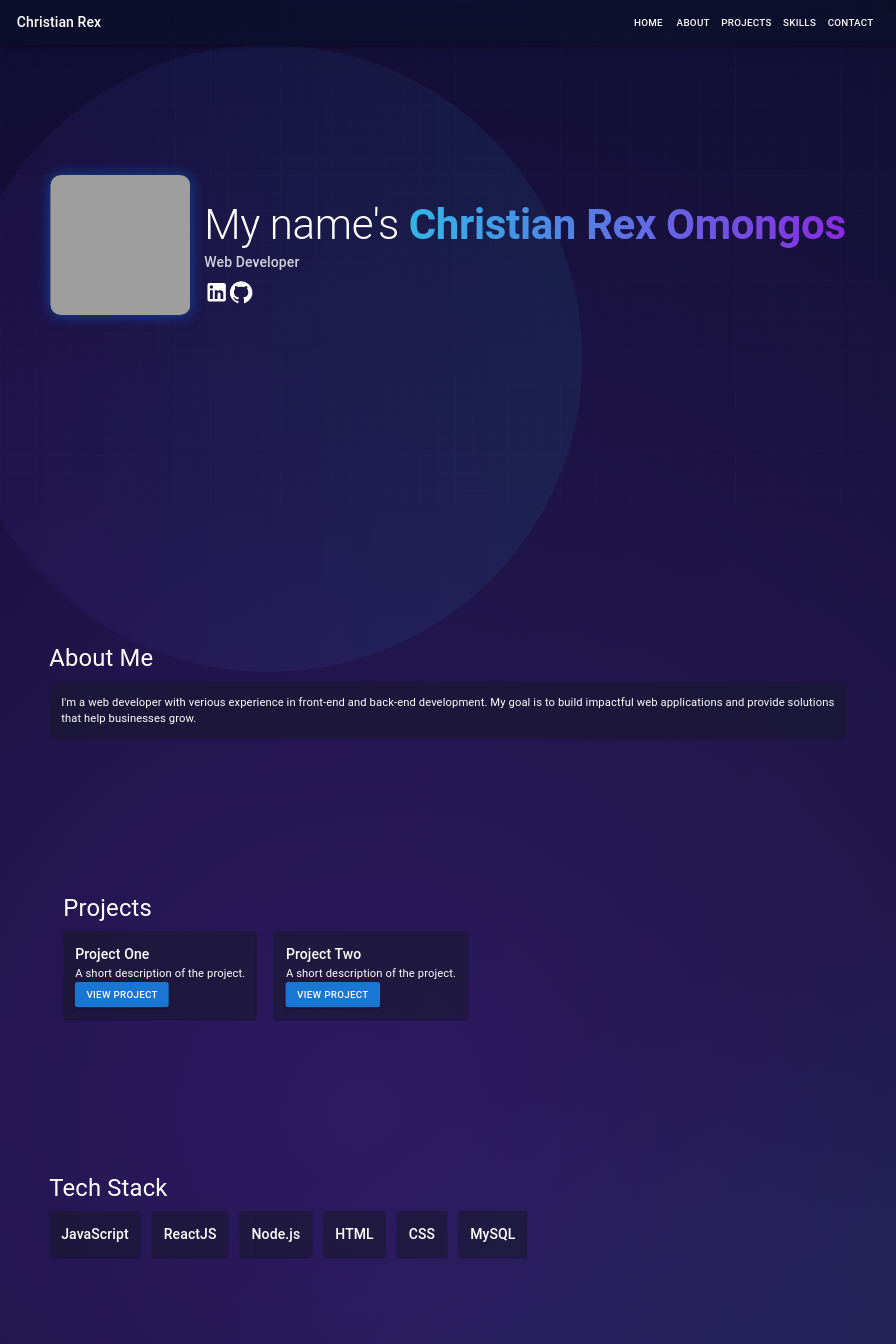
Repository: mikeshadowcoder/myWeb
Page: /
An editor plug-in stored every save of this project. The page is shown before and after the next save, followed by the edit.
The browser window is 1280 px wide. The pictures show the part of the page from y = 0 to 1920 px (the page is 2643 px tall), at 70% of full size.
Pictures or frames that could not be fetched are drawn as grey boxes. The project was rebuilt for these pictures with package versions that can differ from the ones it lists, and the page was loaded fresh each time.

Above is the page before, as saved 2026-01-21 16:24:47.

### src/index.js
import React from 'react';
import ReactDOM from 'react-dom/client';
import './index.css';
import App from './App';
import 'bootstrap/dist/css/bootstrap.min.css';
import "./styles/global.css";

const root = ReactDOM.createRoot(document.getElementById('root'));
root.render(
  <React.StrictMode>
    <App />
  </React.StrictMode>
);

### src/App.js
import React, {useRef} from 'react';
//import { BrowserRouter as Router, Route, Routes } from 'react-router-dom';
import Header from './components/Header';
import Home from './components/Home';
import AboutMe from './components/AboutMe';
import Content from './components/Content';
import Skills from './components/Skills';
import Contact from './components/Contact';
import Footer from './components/Footer';
import Box from '@mui/material/Box';
import BackgroundShapes from './components/BackgroundShapes'


const App = () => {
  const homeRef = useRef(null);
  const aboutRef = useRef(null);
  const contentRef = useRef(null);
  const skillsRef = useRef(null);
  const contactRef = useRef(null);

  // Function to handle smooth scrolling
  const scrollToSection = (ref) => {
    const headerOffset = 200; // Adjust based on your AppBar height (default MUI AppBar is ~64px)
    const elementPosition = ref.current.getBoundingClientRect().top + window.scrollY;
    const offsetPosition = elementPosition - headerOffset;

    window.scrollTo({
      top: offsetPosition,
      behavior: "smooth",
    });
  };


  return (
    <div>
      {/* Pass the scroll function to Header for navigation */}
      <BackgroundShapes/>
      <Header
        onScrollToSection={{
          home: () => scrollToSection(homeRef),
          about: () => scrollToSection(aboutRef),
          content: () => scrollToSection(contentRef),
          skills: () => scrollToSection(skillsRef),
          contact: () => scrollToSection(contactRef),
        }}
      />
      <Box sx={{
        maxWidth: "89%",
        margin: "auto",
        // border: "2px solid red"
      }}>
       {/* Sections with attached refs */}
      <section ref={homeRef}>
        <Home />
      </section>

       <section ref={aboutRef}>
        <AboutMe />
      </section>

      <section ref={contentRef}>
        <Content />
      </section>

      <section ref={skillsRef}>
        <Skills />
      </section>

      <section ref={contactRef}>
        <Contact />
      </section>
      </Box>
      <section>
        <Footer/>
      </section>
    </div>
  );
};

export default App;

### src/styles/global.css
body {
    background:
    radial-gradient(circle at 20% 30%, #7c3aed55, transparent 60%),
    radial-gradient(circle at 80% 70%, #22d3ee55, transparent 60%),
    linear-gradient(120deg, #020617, #0f172a);
  background-size: 200% 200%;
  animation: bgMove 30s ease infinite;
    color: white;
    margin: 0;
    padding: 0;
    font-family: 'Arial', sans-serif;
  }

  @keyframes gradientShift {
  0%   { background-position: 0% 0%; }
  100% { background-position: 100% 100%; }
}

.gradient-text {
  background: linear-gradient(90deg, rgb(50, 182, 230), rgb(138, 43, 226)); /* Customize here */
  -webkit-background-clip: text;
  background-clip: text;
  -webkit-text-fill-color: transparent;
  color: transparent;
}

### src/components/Header.js
import React from 'react';
import { AppBar, Toolbar, Typography, Button } from '@mui/material';
import "../styles/header.css";
//import { Link } from 'react-router-dom';

const Header = ({onScrollToSection}) => {
  return (
    <AppBar className="header">
      <Toolbar>
        <Typography variant="h6" sx={{flexGrow:1}}>
          Christian Rex
        </Typography>
        <Button color="inherit" onClick={onScrollToSection.home}>Home</Button>
        <Button color="inherit" onClick={onScrollToSection.about}>About</Button>
        <Button color="inherit" onClick={onScrollToSection.content}>Projects</Button>
        <Button color="inherit" onClick={onScrollToSection.skills}>Skills</Button>
        <Button color="inherit" onClick={onScrollToSection.contact}>Contact</Button>
      </Toolbar>
    </AppBar>
  )
};

export default Header;

### src/components/Home.js
import React from "react";
import { Box, Typography, Button } from "@mui/material";
import LinkedInIcon from "@mui/icons-material/LinkedIn";
import GitHubIcon from "@mui/icons-material/GitHub";
// import FacebookIcon from "@mui/icons-material/Facebook";
import profilePic from "../assets/images/profilePic.jpg";

const Home = () => {
  return (
    <Box
      sx={{
        display: "flex",
        alignItems: "center",
        justifyContent: "center",
        minHeight: "100vh",
        color: "white",
        width: "100%",
        textAlign: "center",
      }}
    >
      <Box
        sx={{
          display: "flex",
          alignItems: "center",
          gap: "20px", // Space between image and text
          flexWrap: "wrap", // Ensures responsiveness
        }}
      >
      {/* Profile Image */}
      <Box
        component="img"
        src={profilePic} //Profile Picture
        alt="Profile"
        sx={{
          width: "200px",
          height: "200px",
          borderRadius: "15px",
          boxShadow: "0 0 20px rgba(0, 123, 255, 0.5)",
          marginBottom: "20px",
          objectFit: "cover"
        }}
      />

      {/* Text Section */}
      <Box sx={{ textAlign: "left"}}>
        <Typography variant="h2">
          My name's {" "}
          <Typography variant="h2" component="span" className="gradient-text" sx={{ fontWeight: "bold" }}>Christian Rex Omongos</Typography>
        </Typography>

        <Typography variant="h6" sx={{ marginBottom: "10px", opacity: 0.8 }}>
          Web Developer
        </Typography>

        {/* Social Media Icons */}
        <Box sx={{ display: "flex",}}>
          <Button href="https://linkedin.com/in/christianrex/" target="_blank" sx={{ color: "white", minWidth: 0, padding: 0 }}>
            <LinkedInIcon fontSize="large" />
          </Button>
          <Button href="https://github.com/mikeshadowcoder" target="_blank" sx={{ color: "white", minWidth: 0, padding: 0 }}>
            <GitHubIcon fontSize="large" />
          </Button>
        </Box>
      </Box>
    </Box>
  </Box>
  );
};

export default Home;

### src/components/AboutMe.js
import React from 'react';
import { Typography, Box } from '@mui/material';
import "../styles/boxStyling.css"

const AboutMe = () => {

  return (
    <Box sx={{ mt: 25, mb: 25, width: "100%" }}>
        <Typography variant="h4" gutterBottom>About Me</Typography>
      <Box className="box-container">
          <Typography>
            I'm a web developer with verious experience in front-end and back-end development.
            My goal is to build impactful web applications and provide solutions that
            help businesses grow.
          </Typography>
      </Box>
    </Box>
  );
};

export default AboutMe;

### src/components/Content.js
import React from 'react';
import { Grid2, Paper, Typography, Button, Box } from '@mui/material';
// import MacWindowHeader from './UI/MacWindowHeader';
import "../styles/boxStyling.css";

const Content = () => {
  const projects = [
    {
      title: 'Project One',
      description: 'A short description of the project.',
      link: 'https://github.com/your-repo/project-one',
    },
    {
      title: 'Project Two',
      description: 'A short description of the project.',
      link: 'https://github.com/your-repo/project-two',
    },
    // Add more projects here
  ];

  return (
  <Box>
    {/* <MacWindowHeader/> */}
    <Box sx={{ padding: "20px"}}>

        <Typography variant="h4" gutterBottom>Projects</Typography>
        <Grid2 container spacing={3}>
          {projects.map((project, index) => (
            <Grid2 item xs={12} sm={6} key={index}>
              <Paper className='box-container' sx={{ padding: 2, bgcolor: 'rgba(26, 26, 46, 0.6)', color: 'rgba(255, 255, 255, 1)'}}>
                <Typography variant="h6">{project.title}</Typography>
                <Typography>{project.description}</Typography>
                <Button variant="contained" href={project.link} target="_blank">
                  View Project
                </Button>
              </Paper>
            </Grid2>
          ))}
        </Grid2>

    </Box>
  </Box>
  );
};

export default Content;

### src/components/Skills.js
import React from 'react';
import { Grid2, Paper, Typography, Box } from '@mui/material';
import "../styles/boxStyling.css"

const Skills = () => {
  const skills = ['JavaScript', 'ReactJS', 'Node.js', 'HTML', 'CSS', 'MySQL'];

  return (
    <Box sx={{ mt: 25, width: "100%", }}>
      <Typography variant="h4" gutterBottom >Tech Stack</Typography>
      <Box> {/* REDUNDANT might remove later*/}
      <Grid2 container spacing={2} >
        {skills.map((skill, index) => (
          <Grid2 item xs={12} sm={6} md={4} key={index}>
            <Paper className="box-container" sx={{ padding: 2, textAlign: 'center', bgcolor: 'rgba(26, 26, 46, 0.6)', color: 'rgba(255, 255, 255, 1)' }}>
              <Typography variant="h6">{skill}</Typography>
            </Paper>
          </Grid2>
        ))}
      </Grid2>
      </Box>

    </Box>
  );
};

export default Skills;

### src/components/Contact.js
import React, { useState } from 'react';
import { Typography, TextField, Button, Box, Alert } from '@mui/material';
import "../styles/boxStyling.css"

const Contact = () => {
  const [success, setSuccess] = useState(false);
  const [error, setError] = useState(false);

  const handleSubmit = async (event) => {
    event.preventDefault();
    setError(false);
    setSuccess(false);

    const formData = new FormData(event.target);

    try {
      const response = await fetch("https://formsubmit.co/bufferingupbruh1994@gmail.com", {
        method: "POST",
        body: formData,
      });

      if (response.ok) {
        setSuccess(true);
        event.target.reset(); // Reset the form after success
        setTimeout(() => setSuccess(false), 5000);
      } else {
        setError(true);
        setTimeout(() => setError(false), 5000);

      }
    } catch (err) {
      setError(true);
      setTimeout(() => setError(false), 5000);
    }
  }


  return (
    <Box
    sx={{
      p: 4,
      mt: 25,
      mb: 10
    }}
    >
      <Typography variant="h4" gutterBottom>Contact Me</Typography>
      <Box className="box-container" >
        {/* Success Message */}
        {success && <Alert severity="success">Message sent</Alert>}
        {error && <Alert severity="error">Failed to send message. Please try again.</Alert>}
        <form onSubmit={handleSubmit}>

          <input type="hidden" name="_captcha" value="false" />

          {/*Subject*/}
          <TextField
          label="Subject"
          name="Subject"
          fullWidth
          margin="normal"
          required
          slotProps={{inputLabel: { style: { color: "white" } } }} // Make label white
          sx={{
            input: { color: "white" },
            "& .MuiOutlinedInput-root": {
              "& fieldset": { borderColor: "white" }, // Border color
              "&:hover fieldset": { borderColor: "#ccc" }, // Hover effect
              },
            }}
          />

          {/*Email*/}
          <TextField label="Your Email"
          name="Email"
          type="email"
          fullWidth
          margin="normal"
          required
          slotProps={{inputLabel: { style: { color: "white" } } }} // Make label white
          sx={{
            input: { color: "white" },
            "& .MuiOutlinedInput-root": {
              "& fieldset": { borderColor: "white" }, // Border color
              "&:hover fieldset": { borderColor: "#ccc" }, // Hover effect
              },
            }}
          />

          {/*Message*/}
          <TextField label="Your Message"
          name="Message"
          fullWidth
          multiline
          rows={4}
          margin="normal"
          slotProps={{inputLabel: { style: { color: "white" } } }} // Make label white
          sx={{
            "& textarea": {color: "white"},
            "& .MuiOutlinedInput-root": {
              "& fieldset": { borderColor: "white" }, // Border color
              "&:hover fieldset": { borderColor: "#ccc" }, // Hover effect
              },
            }}
          />
          <Button type="submit" variant="contained" sx={{ mt: 2 }}>Send Message</Button>
        </form>
        </Box>
    </Box>
  );
};

export default Contact;

### src/components/Footer.js
import React from 'react';
import { Box, Typography } from "@mui/material";


const Footer = () => {
    return (
        <Box
            sx={{
                width: "100%",
                color: "white",
                textAlign: "center",
                mt: 4,
                mb: 2,
                borderTop: "1px solid rgba(255, 255, 255, 0.08)",
                pt: 2,
            }}
        >
            <Typography variant="body2" sx={{ color: " rgba(255, 255, 255, 0.5) "}}>
                © {new Date().getFullYear()} Christain Rex Omongos. All Rights Reserved.
            </Typography>
        </Box>
    )
}

export default Footer;

### src/components/BackgroundShapes.js
import React from "react";
import "../styles/background.css"; // Import styles

const BackgroundShapes = () => {
  return (
    <>
    <div className="grid-container">
      <svg class="bg" viewBox="0 0 100 100" preserveAspectRatio="xMidYMid slice">
        <defs>
          <linearGradient id="g1">
            <stop offset="0%" stop-color="#7c3aed"/>
            <stop offset="100%" stop-color="#22d3ee"/>
          </linearGradient>
        </defs>
        <circle cx="30" cy="40" r="35" fill="url(#g1)" opacity="0.25" />
      </svg>
    </div>

     {/* <div className="shapes-container">
        <div className="circle circle1"></div>
        <div className="circle circle2"></div>
        <div className="circle circle3"></div>
        <div className="circle circle4"></div>
    </div> */}
    </>
  );
};

export default BackgroundShapes;

### src/styles/header.css
.header {
  position: sticky;
  scroll-behavior: smooth;
  background-color: rgba(5, 19, 35, .4) !important;
  backdrop-filter: blur(80px);
  color: #ffffff !important;
  /* z-index: 1200 !important; */
  overflow: hidden;
}

### src/styles/boxStyling.css
.box-container {
    width: 100%;
    /* height: 400px; */
    padding: 16px;
    border-radius: 12px;
    border: 1px solid transparent;
    /* background: linear-gradient(to bottom right, rgba(26, 26, 46, 0.6), rgba(22, 33, 62, 0.6)); */
    background: rgba( 26, 26, 46, 0.6);
    transition: border 0.3s ease-in-out, box-shadow 0.3s ease-in-out;
  }

  .box-container:hover {
    border: 1px solid #3b82f6;
    box-shadow: 0px 0px 10px rgba(59, 130, 246, 0.5);
  }

  /* .test {
    color: rgb(99, 102, 241);
    background-image: linear-gradient(45deg, rgb(99, 102, 241) 10%, rgb(168, 85, 247) 93%);
    background-clip: text;
    -webkit-text-fill-color: transparent;
    font-weight: 800 !important;
  } */

### src/styles/background.css
/* Background Shapes and Grid Overlay */
.shapes-container {
    position: fixed;
    top: 0;
    left: 0;
    width: 100%;
    height: 100%;
    overflow: hidden;
    filter: blur(60px); /* Blur Effect */
    z-index: -2; /* Keep shapes behind content */
    pointer-events: none;
  }

  .grid-container{
    position: fixed;
    top: 0;
    left: 0;
    width: 100%;
    height: 100%;
    background-image:
      linear-gradient(rgba(255, 255, 255, 0.04) 1px, transparent 1px),
      linear-gradient(90deg, rgba(255, 255, 255, 0.04) 1px, transparent 1px);
    background-size: 25px 25px; /* Grid spacing */
    opacity: 0.3;
    z-index: -1;
    pointer-events: none;
  }


  .circle {
    position: absolute;
    border-radius:50%;
    opacity: 0.15;
    /* box-shadow: 0 0 100px 150px rgba(255, 255, 255, 0.2); Extra glow */
    animation: moveSideways 6s infinite alternate ease-in-out;
    filter: brightness(2.2);
  }

  /* Different circles with unique positions, sizes, and colors */
  .circle1 {
    width: 20vw;
    height: 20vw;
    background: radial-gradient(circle, rgba(138, 43, 226, 1) 30%, rgba(138, 43, 226, 0.5) 70%);
    /* background-color: radial-gradient(circle, rgba(138, 43, 226, 1) 30%, rgba(138, 43, 226, 0) 80%); */
    box-shadow: 0 0 150px 185px rgba(138, 43, 226, 0.6); /* Light rays effect */
    top: 3%;
    left: -10%;
    animation-duration: 8s;
  }

  .circle2 {
    width: 20vw;
    height: 20vw;
    background: radial-gradient(circle, rgba(50, 182, 230, 1) 30%, rgba(50, 182, 230, 0.5) 70%);
    /* background-color: rgba(186, 16, 205, 0.6); */
    box-shadow: 0 0 150px 185px rgba(50, 182, 230, 0.6); /* Light rays effect */
    top: 75%;
    left: 20%;
    animation-duration: 6s;
  }


  .circle3 {
    width: 20vw;
    height: 20vw;
    background: radial-gradient(circle, rgba(138, 43, 226, 1) 30%, rgba(138, 43, 226, 0.5) 70%);
    /* background-color: rgba(43, 123, 252, 0.6); */
    box-shadow: 0 0 150px 185px rgba(138, 43, 226, 0.6); /* Light rays effect */
    top: 35%;
    left: 70%;
    animation-duration: 10s;
  }

  .circle4 {
    width: 20vw;
    height: 20vw;
    background: radial-gradient(circle, rgb(50, 182, 230, 1) 30%, rgba(50, 182, 230, 0.5) 70%);
    /* background-color: rgba(191, 64, 191, 0.6); */
    box-shadow: 0 0 150px 185px rgba(50, 182, 230, 0.6); /* Light rays effect */
    top: -10%;
    left: 30%;
    animation-duration: 7s;
  }

  /* Smooth left-right movement */
  @keyframes moveSideways {
    0% {
      transform: translateX(0);
    }
    100% {
      transform: translateX(300px); /* Moves smoothly to the right */
    }
  }

  .bg {
  position: fixed;
  inset: 0;
  z-index: -1;
  animation: float 30s ease-in-out infinite;
  will-change: transform;
}

Loaded but not shown: public/index.html (common file); src/index.css (common file)

After the next save:
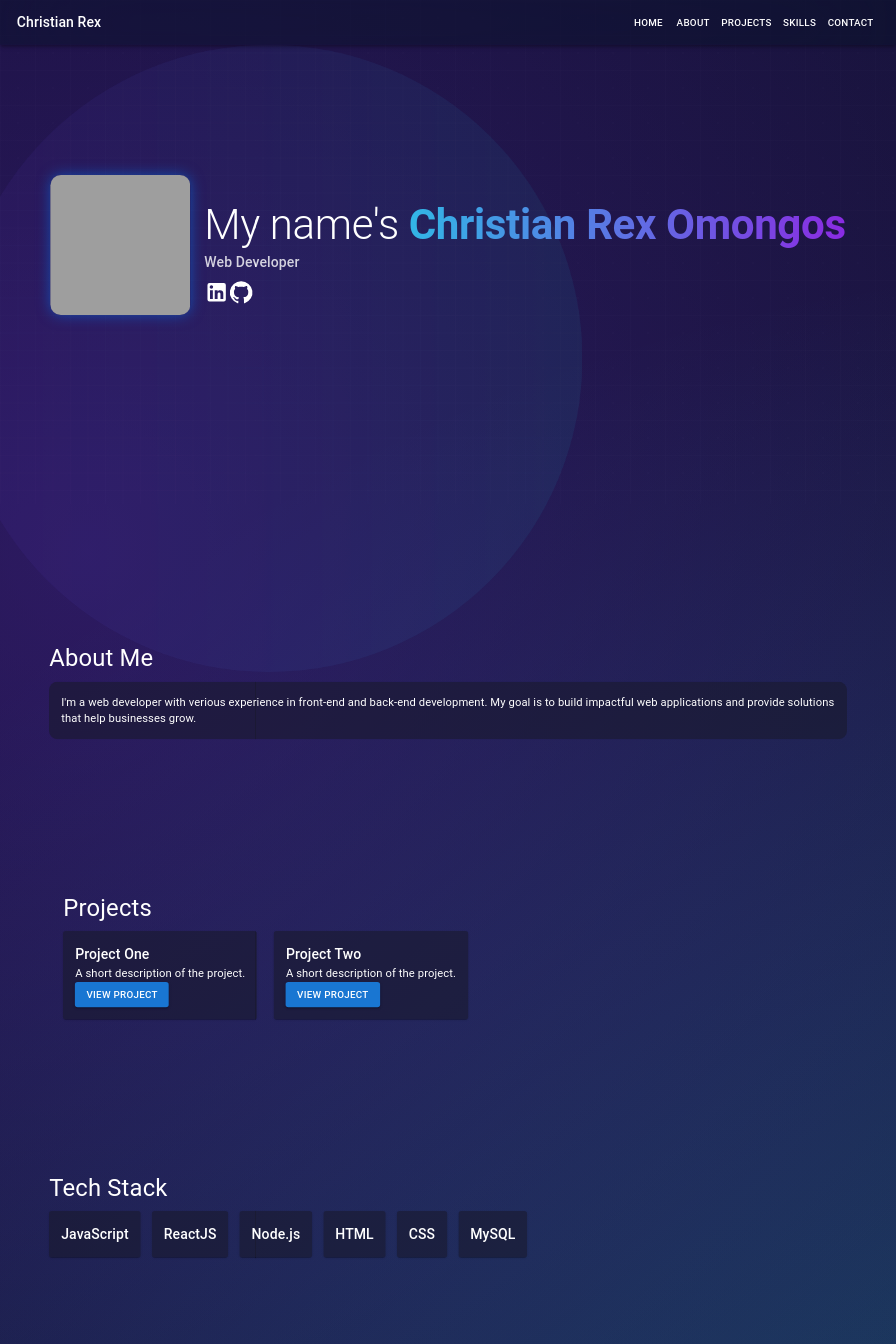
Saved 63 s later.
--- a/src/styles/global.css
+++ b/src/styles/global.css
@@ -11,7 +11,7 @@
     font-family: 'Arial', sans-serif;
   }
 
-  @keyframes gradientShift {
+  @keyframes bgMove {
   0%   { background-position: 0% 0%; }
   100% { background-position: 100% 100%; }
 }
